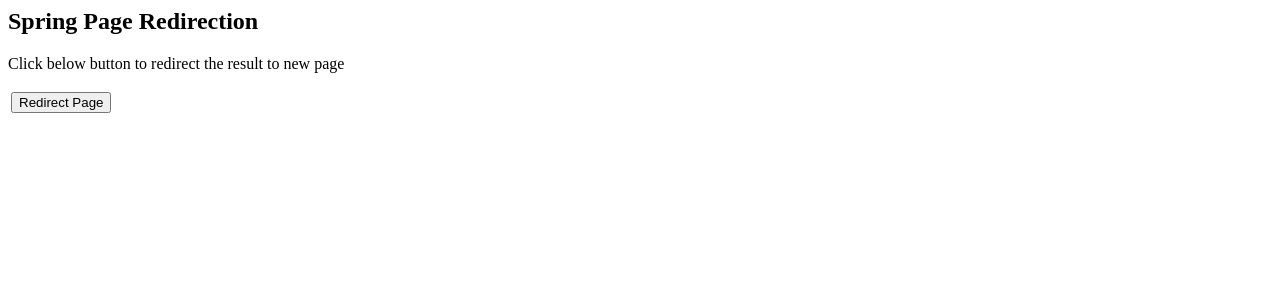
Repository: Socialclimber/Spring-MVC
Page: http://localhost/SpringRedirect/
An editor plug-in stored every save of this project. The page is shown before and after the next save, followed by the edit.
The browser window is 1280 px wide. The pictures show the whole page.
The page is served by Tomcat 9. Other server files are loaded and not shown.

Above is the page before, as saved 2019-02-05 07:25:08.

### SpringRedirect/WebContent/WEB-INF/jsp/index.jsp
<%@taglib uri = "http://www.springframework.org/tags/form" prefix = "form"%>
<html>
   <head>
      <title>Spring Page Redirection</title>
   </head>

   <body>
      <h2>Spring Page Redirection</h2>
      <p>Click below button to redirect the result to new page</p>

      <form:form method = "GET" action = "redirect">
         <table>
            <tr>
               <td>
                  <input type = "submit" value = "Redirect Page"/>
               </td>
            </tr>
         </table>
      </form:form>
   </body>

</html>

After the next save:
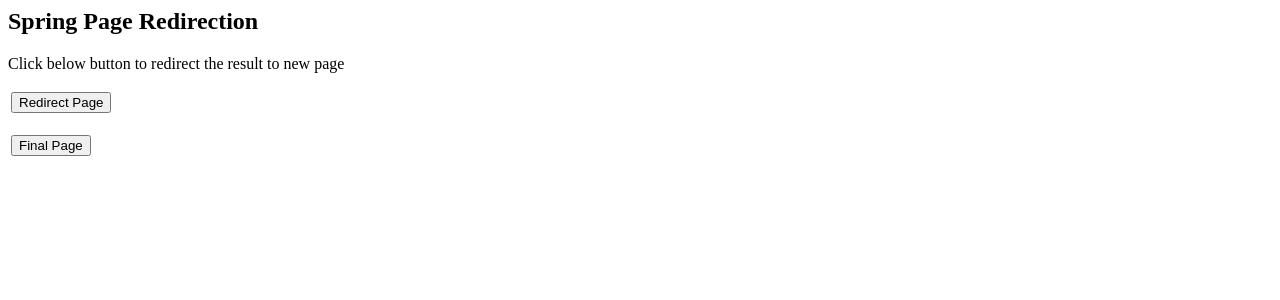
Saved 2 min 27 s later.
--- a/SpringRedirect/WebContent/WEB-INF/jsp/index.jsp
+++ b/SpringRedirect/WebContent/WEB-INF/jsp/index.jsp
@@ -17,6 +17,15 @@
             </tr>
          </table>
       </form:form>
+         <form:form method = "GET" action = "redirect">
+         <table>
+            <tr>
+               <td>
+                  <input type = "submit" value = "Final Page"/>
+               </td>
+            </tr>
+         </table>
+      </form:form>
    </body>
 
 </html>
